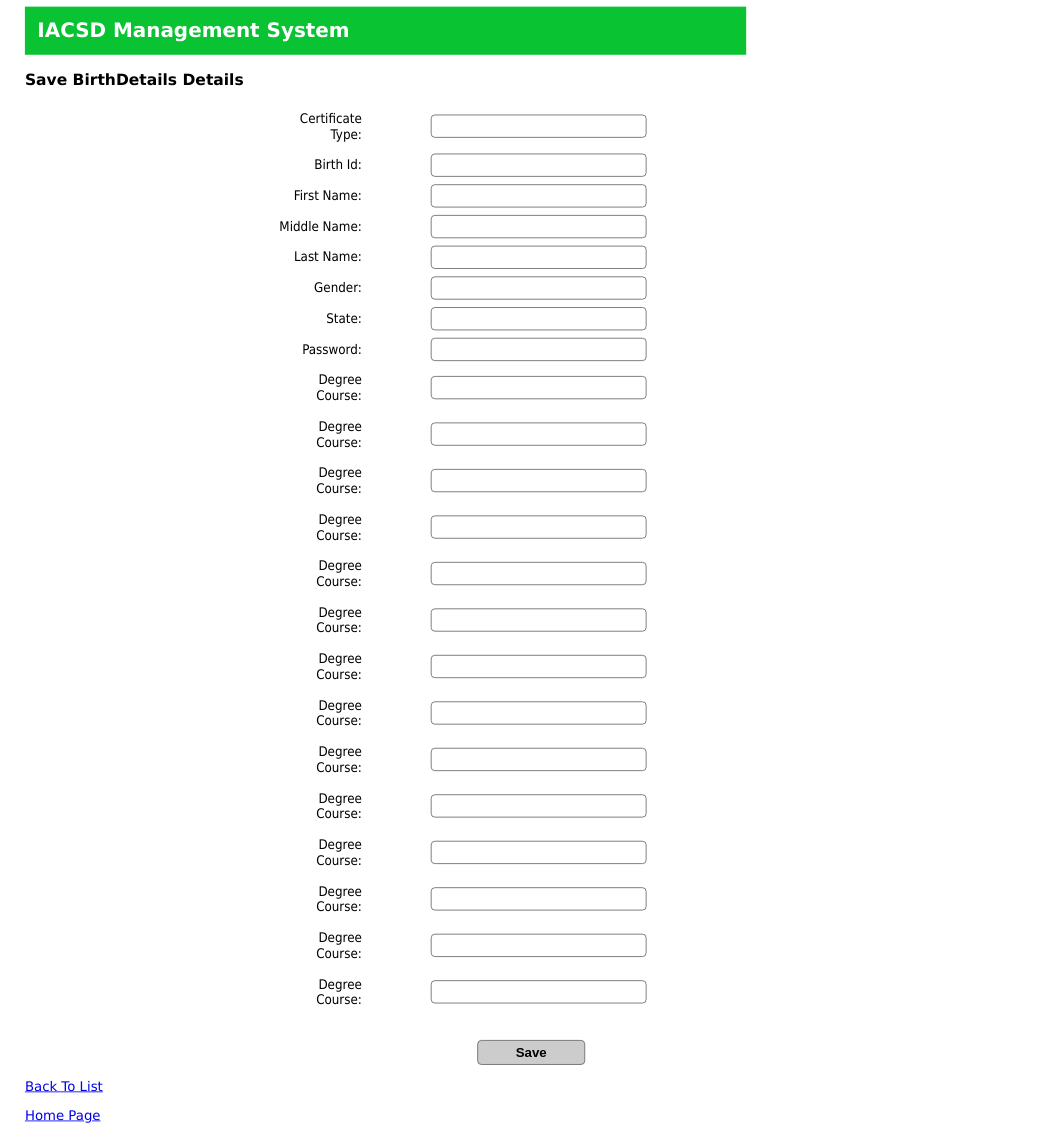
Repository: vsc8791/IMS
Page: http://localhost/epanchayat/WEB-INF/view/birthdetail-form.jsp
These files come from the project's save history. The page is drawn as it stood at one moment and after the next save; the edit follows.
The browser window is 1280 px wide. The pictures show the whole page, at 83% of full size.
The page is served by Tomcat 9. Nobody is signed in. Other server files are loaded and not shown. The template is opened directly, without the code that normally fills it, so the values that code supplies are empty.

Above is the page before, as saved 2018-07-29 23:40:50.

### epanchayat/WebContent/WEB-INF/view/birthdetail-form.jsp
 <%@ taglib prefix="form" uri="http://www.springframework.org/tags/form"%>
<!DOCTYPE html>
<html>
<head>

<title>Save BirthDetails</title>
<link type="text/css" rel="stylesheet"
	href="${pageContext.request.contextPath}/resources/css/style.css">

<title>Save BirthDetails</title>
<link type="text/css" rel="stylesheet"
	href="${pageContext.request.contextPath}/resources/css/add-customer-style.css">
</head>
<body>
	<div id="wrapper">
		<div id="header">
			<h2>IACSD Management System</h2>
		</div>
	</div>
	<div>
		<h3>Save BirthDetails Details</h3>
		<form:form action="saveBirthDetails" modelAttribute="birthDetails"
			method="POST">
			<!-- need to associate this data with BirthDetails Id -->
			<form:hidden path="id"/>

			<table align="center">
				<tbody>
					<tr>
						<td><label>Certificate Type:</label></td>
						<td><form:input path="certificate_type"  /></td>
					</tr>
					<tr>
						<td><label>Birth Id:</label></td>
						<td><form:input path="birthid" /></td>
					</tr>
					<tr>
						<td><label>First Name:</label></td>
						<td><form:input path="firstname" /></td>
					</tr>
					<tr>
						<td><label>Middle Name:</label></td>
						<td><form:input path="middlename"/></td>
					</tr>
					<tr>
						<td><label>Last Name:</label></td>
						<td><form:input path="lastname" /></td>
					</tr>
					<tr>
						<td><label>Gender:</label></td>
						<td><form:input path="gender" /></td>
					</tr>
					<tr>
						<td><label>State:</label></td>
						<td><form:input path="state"/></td>
					</tr>
					<tr>
						<td><label>Password:</label></td>
						<td><form:input path="district"  /></td>
					</tr>
					<tr>
						<td><label>Degree Course:</label></td>
						<td><form:input path="taluka"/></td>
					</tr>
					<tr>
						<td><label>Degree Course:</label></td>
						<td><form:input path="village"/></td>
					</tr>
					<tr>
						<td><label>Degree Course:</label></td>
						<td><form:input path="birthdate"/></td>
					</tr>
					<tr>
						<td><label>Degree Course:</label></td>
						<td><form:input path="birthplace"/></td>
					</tr>
					<tr>
						<td><label>Degree Course:</label></td>
						<td><form:input path="birthtime"/></td>
					</tr>
					<tr>
						<td><label>Degree Course:</label></td>
						<td><form:input path="fathername"/></td>
					</tr>
					<tr>
						<td><label>Degree Course:</label></td>
						<td><form:input path="fathernationality"/></td>
					</tr>
					<tr>
						<td><label>Degree Course:</label></td>
						<td><form:input path="fadhaar"/></td>
					</tr>
					<tr>
						<td><label>Degree Course:</label></td>
						<td><form:input path="fage"/></td>
					</tr>

					<tr>
						<td><label>Degree Course:</label></td>
						<td><form:input path="mothername"/></td>
					</tr>
					<tr>
						<td><label>Degree Course:</label></td>
						<td><form:input path="motheradhaar"/></td>
					</tr>
					<tr>
						<td><label>Degree Course:</label></td>
						<td><form:input path="mothernationality"/></td>
					</tr>
					<tr>
						<td><label>Degree Course:</label></td>
						<td><form:input path="mage"/></td>
					</tr>
					<tr>
						<td><label>Degree Course:</label></td>
						<td><form:input path="referedby"/></td>
					</tr>
				</tbody>

			</table>
			<center><input  type="submit" value="Save" class="save" /></center>
		</form:form>
		<!--  <center><input  type="submit" value="Save" class="save"/> </center> -->
		<div style="clear;both;"></div>
		<p><a href="${pageContext.request.contextPath}/birthDetails/list">Back To List</a></p>
			<a href="http://localhost:8082/epanchayat/">Home Page</a>
	</div>

</body>


</html>

### epanchayat/WebContent/resources/css/style.css
html, body{
	margin-left:15px; margin-right:15px;
	padding:0px;
	font-family:Verdana, Arial, Helvetica, sans-serif;
}

table {
	border-collapse:collapse;
	border-bottom:1px solid gray;
	font-family: Tahoma,Verdana,Segoe,sans-serif;
	width:72%;
}

th {
	border-bottom:1px solid gray;
	background:none repeat scroll 0 0 #ca0702;
	padding:10px;
	color: #FFFFFF;
}

tr {
	border-top:1px solid gray;
	text-align:center;
}

tr:nth-child(even) {background: #FFFFFF}
tr:nth-child(odd) {background: #BBBBBB}

#wrapper {width: 100%; margin-top: 0px; }
#header {width: 70%; background:#09c332; margin-top: 0px; padding:15px 0px 15px 15px;}
#header h2 {width: 100%; margin:auto; color: #FFFFFF;}
#container {width: 100%; margin:auto}
#container h3 {color: #000;}
#container #content {margin-top: 20px;}

.add-button {
	border: 1px solid #666;
	border-radius: 5px;
	padding: 4px;
	font-size: 12px;
	font-weight: bold;
	width: 120px;
	padding: 5px 10px;

	margin-bottom: 15px;
	background: #cccccc;
}

Loaded but not shown: epanchayat/WebContent/resources/css/add-customer-style.css (common file)

After the next save:
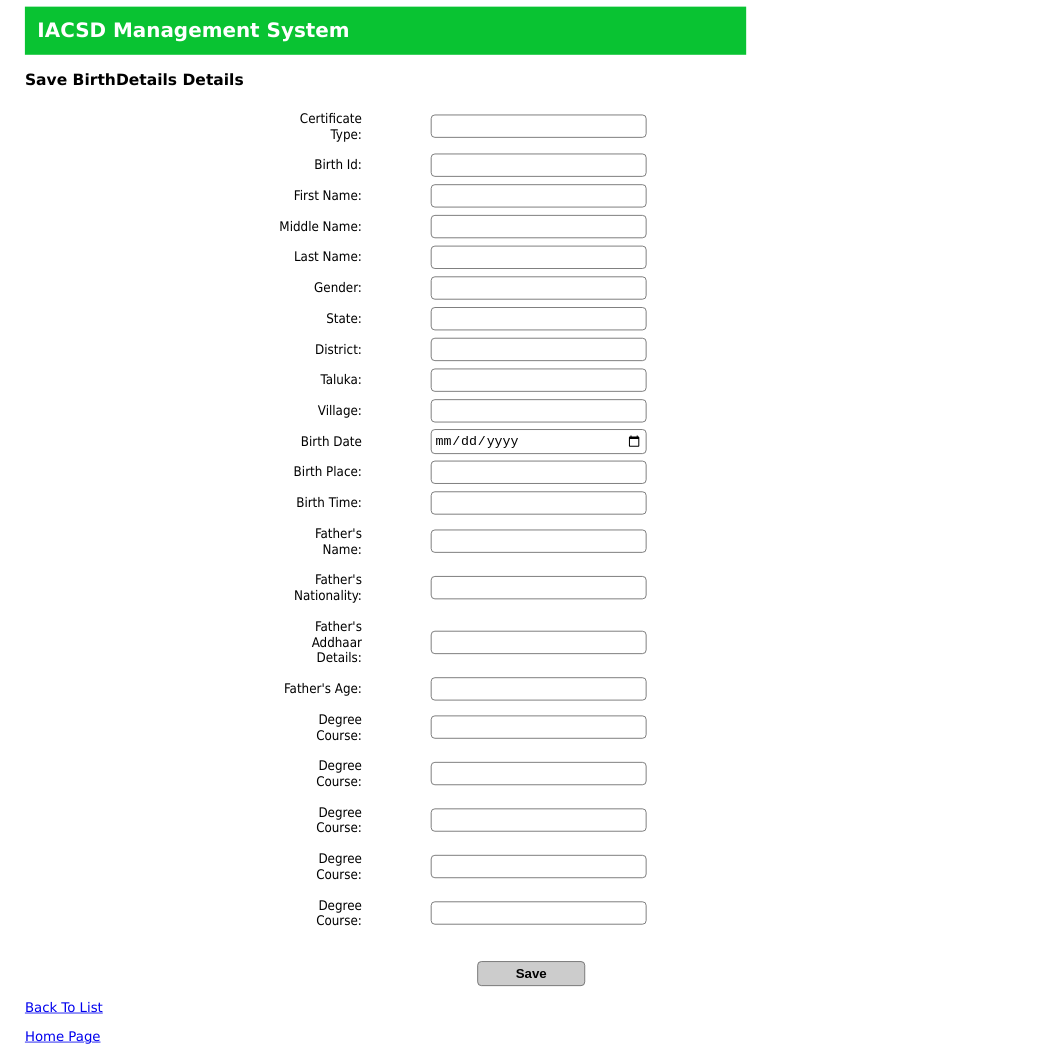
Saved 4 min 21 s later.
--- a/epanchayat/WebContent/WEB-INF/view/birthdetail-form.jsp
+++ b/epanchayat/WebContent/WEB-INF/view/birthdetail-form.jsp
@@ -55,44 +55,44 @@
 						<td><form:input path="state"/></td>
 					</tr>
 					<tr>
-						<td><label>Password:</label></td>
+						<td><label>District:</label></td>
 						<td><form:input path="district"  /></td>
 					</tr>
 					<tr>
-						<td><label>Degree Course:</label></td>
+						<td><label>Taluka:</label></td>
 						<td><form:input path="taluka"/></td>
 					</tr>
 					<tr>
-						<td><label>Degree Course:</label></td>
+						<td><label>Village:</label></td>
 						<td><form:input path="village"/></td>
 					</tr>
 					<tr>
-						<td><label>Degree Course:</label></td>
-						<td><form:input path="birthdate"/></td>
+						<td><label>Birth Date</label></td>
+						<td><form:input path="birthdate" type="date"/></td>
 					</tr>
 					<tr>
-						<td><label>Degree Course:</label></td>
+						<td><label>Birth Place:</label></td>
 						<td><form:input path="birthplace"/></td>
 					</tr>
 					<tr>
-						<td><label>Degree Course:</label></td>
+						<td><label>Birth Time:</label></td>
 						<td><form:input path="birthtime"/></td>
 					</tr>
 					<tr>
-						<td><label>Degree Course:</label></td>
+						<td><label>Father's Name:</label></td>
 						<td><form:input path="fathername"/></td>
 					</tr>
 					<tr>
-						<td><label>Degree Course:</label></td>
+						<td><label>Father's Nationality:</label></td>
 						<td><form:input path="fathernationality"/></td>
 					</tr>
 					<tr>
-						<td><label>Degree Course:</label></td>
-						<td><form:input path="fadhaar"/></td>
+						<td><label>Father's Addhaar Details:</label></td>
+						<td><form:input path="fadhaar" type="number"/></td>
 					</tr>
 					<tr>
-						<td><label>Degree Course:</label></td>
-						<td><form:input path="fage"/></td>
+						<td><label>Father's Age:</label></td>
+						<td><form:input path="fage" type="number"/></td>
 					</tr>
 
 					<tr>
